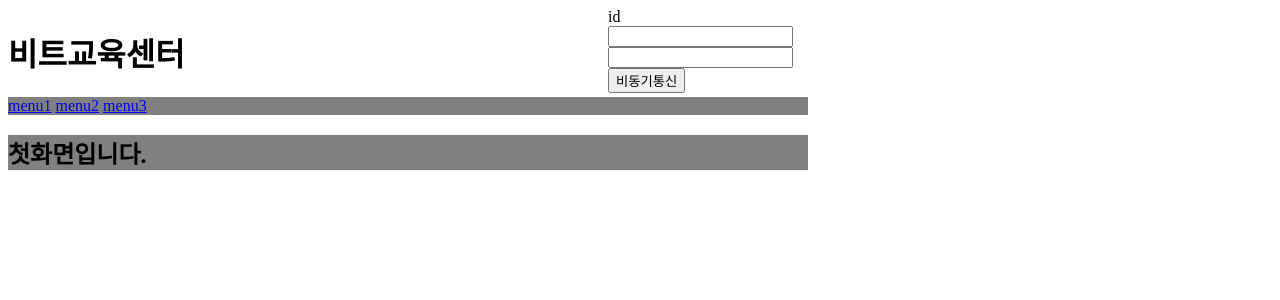
Repository: 2ket/workspace2
Page: web13/WebContent/index.html
An editor plug-in stored every save of this project. The page is shown before and after the next save, followed by the edit.
The browser window is 1280 px wide. The pictures show the whole page.

Above is the page before, as saved 2019-06-07 10:05:13.
Console error: TypeError: Cannot read properties of undefined (reading 'document')

### web13/WebContent/index.html
<!DOCTYPE html>
<html>
<head>
<meta http-equiv="Content-Type" content="text/html; charset=UTF-8">
<title>Insert title here</title>
<style type="text/css">
	body>div{
		width:800px;
		background-color: gray;
	}
	#header>h1{
		float:left;
	}
	#header>div{
		width:200px;
		float:right;
	}
	#menu{
		clear:both;
	}
</style>
<script type="text/javascript">
	var form, xhr;
	window.onload=function(){
//		btn=document.querySelector("#header>div>button");
//		btn.onclick=function(){
//			alert('click');
//			tf=document.querySelector('#header>div>input');
//			var id=tf.value;
//			xhr=new XMLHttpRequest();
//			xhr.onreadystatechange=function(){
//				var msg=xhr.responseText;
//				var target=document.querySelector("#header>div");
//				target.innerHTML=msg;
//			};
//			xhr.open('get', 'hello.jsp?id='+id);
//			xhr.send();
//		};
		form.document.querySelector('#header>div>form');
		form.onsubmit=function(){
			//alert('폼태그 동작 금지');
			var id=form.querySelector('#id').value;
			var pw=form.querySelector('#pw').value;
			xhr=new XMLHttpRequest();
			xhr.onreadystatechange=function(){
				console.log(xhr.Status);
				/*
				xhr.status
				=200 정상
				=404 페이지 없음
				=40x 요청문제
				=50x 해당페이지에 문제

				xhr.readyState
				=0 none
				=1 open()
				=2 header
				=3 content
				=4 complete
				*/
				if(xhr.readyState==4 && xhr.status==200){
					var msg=xhr.responseText;
					form.outerHTML=msg;
				}else if(xhr.readyState==4){
					alert('잠시 뒤에 다시 접속해주세요.');
				}
		};
		xhr.open('get', this.action+'?id='+id+'&pw='+pw,true);
		xhr.send();
		return false;
	};

	};
</script>
</head>
<body>
	<div id="header">
		<h1>비트교육센터</h1>
		<div>
			<form action="result.jsp">
				<div>
					<label for="id">id</label>
					<input type="text" name="pw" id="pw"/>
				</div>
			</form>

			<input type="text"/>
			<button>비동기통신</button>
		</div>
	</div>
	<div id="menu">
		<a href="#">menu1</a>
		<a href="#">menu2</a>
		<a href="#">menu3</a>
	</div>
	<div id="content">
		<h2>첫화면입니다.</h2>
	</div>

</body>
</html>

After the next save:
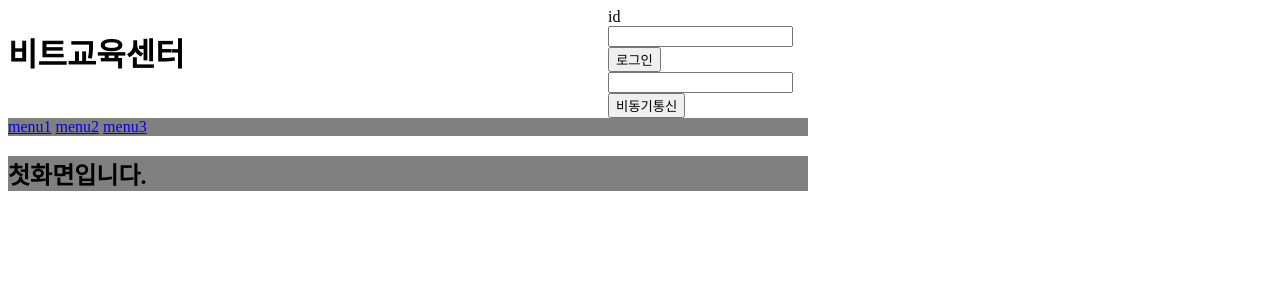
Saved 9 s later.
--- a/web13/WebContent/index.html
+++ b/web13/WebContent/index.html
@@ -82,6 +82,9 @@
 					<label for="id">id</label>
 					<input type="text" name="pw" id="pw"/>
 				</div>
+				<div>
+					<button>로그인</button>
+				</div>
 			</form>
 
 			<input type="text"/>

After the save that followed:
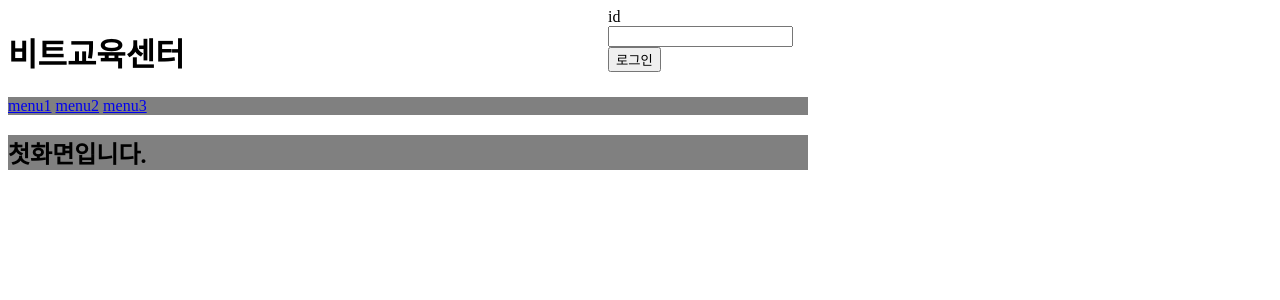
Saved 18 s later.
--- a/web13/WebContent/index.html
+++ b/web13/WebContent/index.html
@@ -86,9 +86,6 @@
 					<button>로그인</button>
 				</div>
 			</form>
-
-			<input type="text"/>
-			<button>비동기통신</button>
 		</div>
 	</div>
 	<div id="menu">
